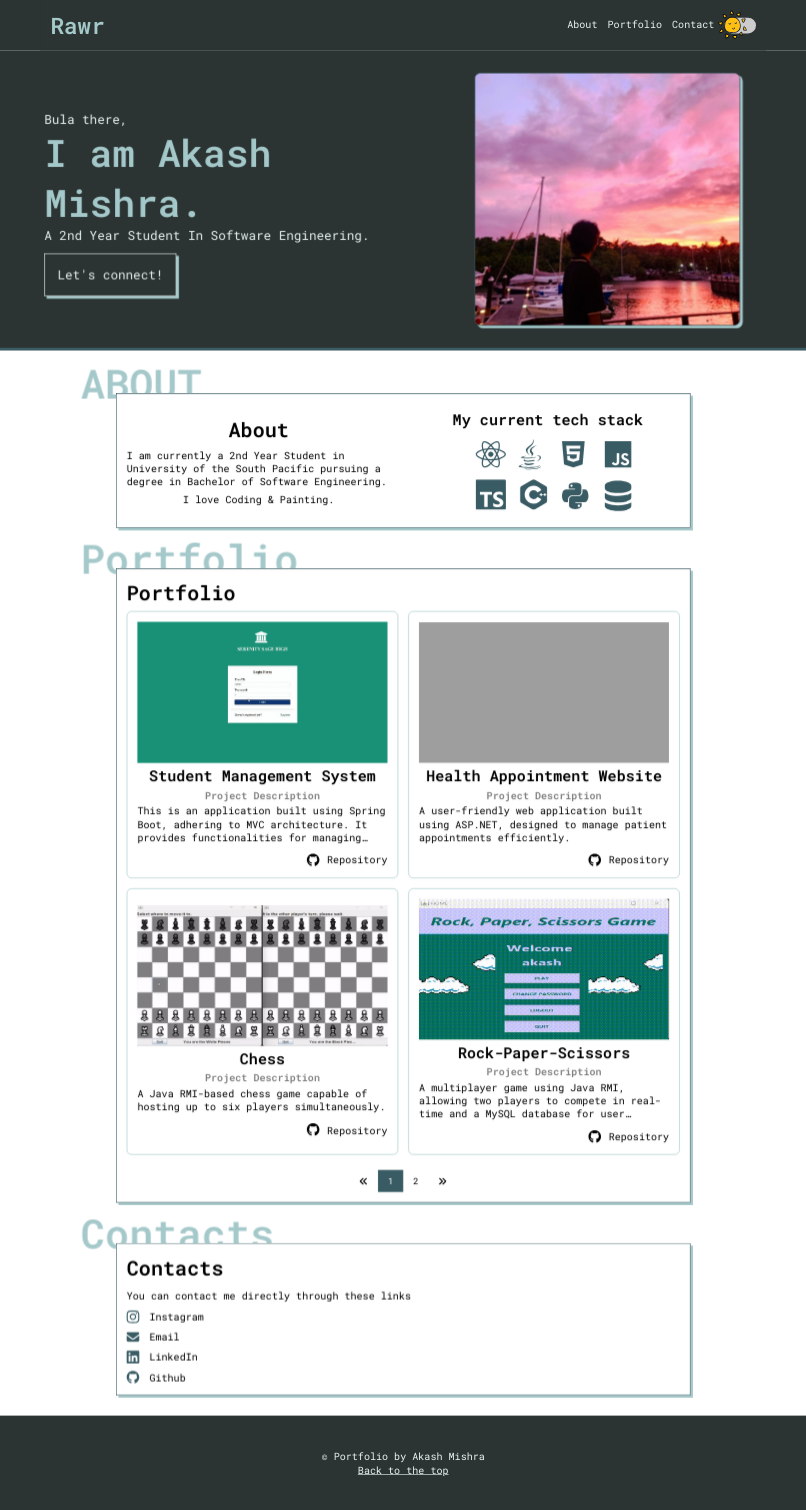
Repository: akashrawr/portfolio
Page: /
These files come from the project's save history. The page is drawn as it stood at one moment and after the next save; the edit follows.
The browser window is 1280 px wide. The pictures show the whole page, at 63% of full size.
Pictures or frames that could not be fetched are drawn as grey boxes. The project was rebuilt for these pictures with package versions that can differ from the ones it lists, and the page was loaded fresh each time.

Above is the page before, as saved 2024-12-12 19:34:16.

### public/index.html
<!DOCTYPE html>
<html lang="en">
  <head>
    <meta charset="utf-8" />
    <link rel="icon" href="%PUBLIC_URL%/favicon.ico" />
    <meta name="viewport" content="width=device-width, initial-scale=1" />
    <meta name="theme-color" content="#000000" />
    <meta
      name="description"
      content="Personal web Portfolio"
    />
    <link rel="apple-touch-icon" href="%PUBLIC_URL%/logo192.png" />
    <!--
      manifest.json provides metadata used when your web app is installed on a
      user's mobile device or desktop. See https://developers.google.com/web/fundamentals/web-app-manifest/
    -->
    <link rel="manifest" href="%PUBLIC_URL%/manifest.json" />
    <!--
      Notice the use of %PUBLIC_URL% in the tags above.
      It will be replaced with the URL of the `public` folder during the build.
      Only files inside the `public` folder can be referenced from the HTML.

      Unlike "/favicon.ico" or "favicon.ico", "%PUBLIC_URL%/favicon.ico" will
      work correctly both with client-side routing and a non-root public URL.
      Learn how to configure a non-root public URL by running `npm run build`.
    -->
    <title>akashrawr</title>
  </head>
  <body>
    <noscript>You need to enable JavaScript to run this app.</noscript>
    <div id="root"></div>
    <!--
      This HTML file is a template.
      If you open it directly in the browser, you will see an empty page.

      You can add webfonts, meta tags, or analytics to this file.
      The build step will place the bundled scripts into the <body> tag.

      To begin the development, run `npm start` or `yarn start`.
      To create a production bundle, use `npm run build` or `yarn build`.
    -->
  </body>
</html>

### src/App.js
import React, { useState, useEffect } from 'react';
import './App.css';
import AOS from 'aos';
import 'aos/dist/aos.css';

// Import components
import Header from './components/Header';
import Hero from './components/Hero';
import About from './components/About';
import Portfolio from './components/Portfolio';
import Contact from './components/Contact';
import Footer from './components/Footer';

function App() {
  useEffect(() => {
    AOS.init({ once: true, delay: 0 });
  }, []);

  const [isNavVisible, setIsNavVisible] = useState(false);
  const [darkMode, setDarkMode] = useState(false);

  const toggleNav = () => {
    setIsNavVisible(!isNavVisible);
  };

  const toggleDarkMode = () => {
    setDarkMode(!darkMode);
    document.body.classList.toggle('dark-mode', !darkMode);
  };

  return (
    <div>
      <Header
        isNavVisible={isNavVisible}
        toggleNav={toggleNav}
        darkMode={darkMode}
        toggleDarkMode={toggleDarkMode}
      />
      <main>
        <Hero />
        <About />
        <Portfolio />
        <Contact />
      </main>
      <Footer />
    </div>
  );
}

export default App;

### src/App.css
@import url("https://fonts.googleapis.com/css2?family=Roboto+Mono:wght@300;400;600&display=swap");

:root {
  --primary-color: #2c3333;
  --secondary-color: #395b64;
  --accent-1: #a5c9ca;
  --accent-2: #e7f6f2;
  --neutral-1: black;
  --neutral-2: white;
  --neutral-3: white;
  --neutral-4: black;
  --icon-1: #395b64;

  --dark-primary-color: #121212;
  --dark-secondary-color: #1f1f1f;
  --dark-accent-1: #6c757d;
  --dark-accent-2: #adb5bd;
  --dark-neutral-1: #ffffff;
  --dark-neutral-2: #121212;
  --dark-neutral-3:#1f1f1f;
  --dark-neutral-4: #938f8f;
  --dark-icon-1: #938f8f;

}

*,
*::after,
*::before {
  margin: 0;
  padding: 0;
  font-family: "Roboto Mono", monospace;
  box-sizing: border-box;


}

html {
  scroll-behavior: smooth;
}

body {
  overflow-x: hidden;
  background-color: var(--neutral-3);
  color: var(--neutral-1);
  font-family: "Roboto Mono", monospace;
}

body.dark-mode {
  --primary-color: var(--dark-primary-color);
  --secondary-color: var(--dark-secondary-color);
  --accent-1: var(--dark-accent-1);
  --accent-2: var(--dark-accent-2);
  --neutral-1: var(--dark-neutral-1);
  --neutral-2: var(--dark-neutral-2);
  --neutral-3: var(--dark-neutral-3);
  --neutral-4: var(--dark-neutral-4);
  --icon-1:var(--dark-icon-1);
}


/* Navbar styles */

header {
  display: flex;
  align-items: center;
  justify-content: center;

  max-width: 100vw;
  background-color: var(--primary-color);
}

a {
  font-size: 14px;
  text-decoration: none;
}

h1 {
  font-family: "Roboto Mono", monospace;
}

.navbar-nav {
  display: flex;
  align-items: center;
  justify-content: space-between;
  background-color: var(--primary-color);
  padding: 1rem;
  width: 90%;
}

.nav-logo {
  grid-column: 1;
}

.nav-logo > h1 {
  font-size: 30px;
  color: var(--accent-1);
}

.primary-nav {
  display: flex;
  list-style: none;
  gap: 16px;

  grid-column: 2;
  justify-self: end;
}

.mobile-nav-toggle {
  display: none;
  cursor: pointer;
}

.nav-link:link,
.nav-link:visited {
  font-size: 16px;
  color: var(--accent-2);

  transition: 300ms ease-in-out;
}

.nav-link:hover {
  font-weight: 600;
  color: var(--accent-1);
}


/* Dark mode toggle button */
.theme-toggle {
  background: none;
  border: none;
  cursor: pointer;
  padding: 8px;
  display: flex;
  align-items: center;
}

.nav-icons {
  --size: 30px;
  width: var(--size);
  aspect-ratio: 1;
  cursor: pointer;
}



@media only screen and (max-width: 35em) {
  .primary-nav {
    position: fixed;
    top: 0;
    right: 0;
    bottom: 0;
    width: 125px;

    flex-direction: column;
    padding: min(15vh, 3rem) 1rem;
    background-color: var(--primary-color);
    border-left: 2px solid rgb(111, 111, 111); /* Add this line for the left border */

    z-index: 9999;

    transform: translateX(100%);
    transition: transform 350ms ease-out;
  }


  .nav-link:link,
  .nav-link:visited {
    font-size: 15px;
    color: var(--accent-1);
  }

  .primary-nav[data-visible="true"] {
    transform: translateX(0%);
  }

  .mobile-nav-toggle[aria-expanded="true"] {
    background: url('data:[embedded picture, 416 characters]') center center no-repeat;
  }

  .mobile-nav-toggle {
    display: block;
    position: absolute;
    background: url('data:[embedded picture, 417 characters]') center center no-repeat;

    width: 1.25rem;
    aspect-ratio: 1;

    border: none;

    top: 1.4rem;
    right: 2.5rem;
    z-index: 10000;

    transition: 250ms ease-in-out;
  }
}

/* Section styles */

section {
  display: flex;
  align-items: center;
  justify-content: center;

  max-width: 100vw;
  position: relative;
}

/* HERO SECTION */
#hero {
  background-color: var(--primary-color);
  border-bottom: 4px solid var(--secondary-color);
  padding: 2.2rem;
}

/* Main container for text and image */
.hero-main-container {
  display: flex;
  flex-wrap: wrap;
  align-items: center;
  justify-content: space-between;
  gap: 16px;
}

/* Text Container */
.hero-container {
  flex: 1;
  display: flex;
  flex-direction: column;
  gap: 16px;
  padding: 2.2rem;
  width: 90%;
  height: 350px;
  animation: fade-in 500ms linear forwards;
}

.hero-text-container > h2 {
  font-size: 28px;
  color: var(--accent-1);
}

.hero-text-container > p {
  font-size: 12px;
  color: var(--accent-2);
}

.hero-button {
  align-self: flex-start;

  font-size: 14px;
  padding: 1em;

  color: var(--accent-2);
  background-color: transparent;

  border: 1px solid var(--accent-2);
  box-shadow: 4px 4px 0px var(--accent-1);

  transition: 300ms ease-in-out;
}

.hero-button:hover {
  background-color: var(--accent-2);
  color: var(--primary-color);
  box-shadow: 6px 6px 0px var(--secondary-color);
}

/* Image Container */
.hero-img {
  flex: 1;
  display: flex;
  justify-content: center;
  align-items: center;
}

.hero-image {
  max-width: 75%;
  height: auto;
  border-radius: 10px;
  box-shadow: 0 4px 8px rgba(0, 0, 0, 0.1);
  border: 1px solid var(--secondary-color);
  background-color: var(--neutral-2);

  width: 100%;


  box-shadow: 4px 4px 0px var(--accent-1);
}


/* Responsive Styles */
@media screen and (max-width: 768px) {
  .hero-main-container {
    flex-direction: column;
  }

  .hero-img {
    margin-top: 20px;
  }

  .hero-text-container {
    text-align: left;
  }
}
.hero-text-container > h2 {
  font-size: 20px;
  color: var(--accent-1);
}
.project-card > h3 {
  font-size: 12px;
  color: var(--secondary-color);
}

/* ABOUT */

#about {
  padding: 2rem;
  margin-top: 36px;
  animation: fade-in 500ms linear forwards;

}

.wave-asset {
  width: 100%;
  position: absolute;

  top: 0;
  left: 0;
}

.about-container {
  display: flex;
  align-items: center;
  justify-content: center;
  background-color: var(--neutral-2);
  width: 90%;
  z-index: 999;
}

.about-card,
.portfolio-card,
.contact-card {
  display: flex;
  flex-direction: column;
  gap: 16px;
  border: 1px solid var(--secondary-color);
  background-color: var(--neutral-2);

  width: 100%;
  padding: 1rem;

  box-shadow: 4px 4px 0px var(--accent-1);
}

.about-content,
.portfolio-content {
  width: 100%;
  display: flex;
  flex-direction: column;
  gap: 8px;
}

.about-content > h2,
.about-content > h3 {
  color: var(--neutral-4);
}

.about-content > p {
  font-size: 12px;
  color: var(--neutral-4);
}

.tech-stack-grid {
  width: 65%;
  display: grid;
  grid-template-columns: repeat(4, 1fr);
  place-items: center;
}

.tech-stack {
  --size: 30px;
  width: var(--size);
  aspect-ratio: 1;
}

/* Portfolio container */

#portfolio {
  padding: 2rem;
  animation: fade-in 500ms linear forwards;
}

.portfolio-container {
  width: 90%;
  z-index: 999;
}

.project-container {
  display: grid;
  grid-template-columns: repeat(2, 1fr);
  gap: 16px;
}

.portfolio-content > h2 {
  color: var(--neutral-4);
}

.project-card {
  display: flex;
  flex-direction: column;
  gap: 4px;

  padding: 1rem;
  border-radius: 8px;
  border: 1px solid var(--accent-1);
}

.project-card > h3 {
  color: var(--neutral-4);
}

.project-card > h5 {
  color: var(--neutral-4);
  opacity: 0.5;
}

.project-card > p {
  font-size: 12px;
  width: 100%;
  display: -webkit-box;
  -webkit-box-orient: vertical;
  -webkit-line-clamp: 3;
  overflow: hidden;
  color: var(--neutral-4);
}

.project-img {
  width: 100%;
  aspect-ratio: 16/9;
}

.project-card-links {
  align-self: flex-end;

  margin-top: 10px;
  display: flex;
  align-items: center;
  gap: 12px;
}

.project-icons {
  --size: 20px;
  width: var(--size);
  aspect-ratio: 1;
}

.project-card-links > a {
  display: flex;
  align-items: center;
  color: var(--neutral-4);
  font-size: 10px;
  gap: 4px;
}

.project-card-links > a:link,
.project-card-links > a:visited {

  color: var(--neutral-4);
}

.project-card-links > a:hover {
  font-weight: 600;
  color: var(--accent-1);
}

/* CONTACT */
#contact {
  padding: 2rem;
  animation: fade-in 500ms linear forwards;
}

.contact-container {
  width: 90%;
  z-index: 999;
}

.contact-card {
  width: 100%;
  gap: 12px;
}
.contact-card > h2 {
    color: var(--neutral-4);
}

.contact-card > p {
  font-size: 12px;
  color: var(--neutral-4);
}

.contact-links {
  display: flex;
  flex-direction: column;
  gap: 8px;
}

.contact-links > a {
  display: flex;
  align-items: center;
  gap: 8px;
}

.contact-links > a:link,
.contact-links > a:visited {
  color: var(--neutral-4);
}

.contact-links > a:hover {
  font-weight: 600;
  color: var(--accent-1);
}
.contact-icons {
  --size: 20px;
  width: var(--size);
  aspect-ratio: 1;
}

/* extras */
.section-highlight {
  font-size: 4rem;
  font-weight: 600;
  opacity: 0.5;
  color: var(--accent-1);

  position: absolute;
  top: 0;
  left: 100px;
}

/* footer */
footer {
  display: flex;
  align-items: center;
  justify-content: center;
  color: var(--accent-2);
  max-width: 100vw;
  background-color: var(--primary-color);
  min-height: 150px;
}

.footer-content {
  text-align: center;
  font-size: 12px;
  width: 90%;

  color: var(--accent-2);
}

.footer-content > a {
  text-decoration: underline;
}

.footer-content > a:link,
.footer-content > a:visited {
  color: var(--accent-2);
}

.footer-content > a:hover {
  color: var(--accent-1);
}
/* media queries */

@media only screen and (max-width: 35em) {
  .hero-container {
    padding: 1rem;
    height: 200px;
  }
  .project-container {
    grid-template-columns: 1fr;
  }
  .tech-stack-grid {
    width: 100%;
  }
  .section-highlight {
    font-size: 3.5rem;
    top: -16px;
    left: 6vw;
  }
}

@media only screen and (min-width: 35em) {
  .hero-container {
    height: 250px;
  }
  .about-container,
  .portfolio-container,
  .contact-container {
    width: 75%;
  }

  .about-card,
  .portfolio-card {
    align-items: center;
    justify-content: center;
    flex-direction: row;
    gap: 20px;
  }

  .section-highlight {
    top: -26px;
    left: 10vw;
  }
}

@media only screen and (min-width: 768px) {
  .nav-logo > h1 {
    font-size: 36px;
  }

  /* hero */
  .hero-container {
    height: 350px;
  }

  .hero-text-container > p {
    font-size: 20px;
  }

  .hero-text-container > h2 {
    font-size: 60px;
  }

  .hero-button {
    font-size: 20px;
  }

  /* about */
  .about-card {
    gap: 40px;
  }

  .about-content > h2 {
    font-size: 32px;
  }

  .about-content > h3 {
    font-size: 24px;
  }

  .about-content > p {
    font-size: 16px;
  }

  .tech-stack-section {
    align-self: flex-start;
    margin-top: 8px;
  }

  .tech-stack {
    --size: 40px;
    width: var(--size);
    aspect-ratio: 1;
  }

  /* portfolio */
  .portfolio-content > h2 {
    font-size: 32px;
  }

  .project-card > h3 {
    font-size: 24px;
  }

  .project-card > h5,
  .project-card > p {
    font-size: 16px;
  }

  .project-card-links > a {
    font-size: 16px;
  }

  /* contacts */
  .contact-card > h2 {
    font-size: 32px;
  }

  .contact-card > p {
    font-size: 16px;
  }

  .contact-links > a {
    font-size: 16px;
  }
  .footer-content,
  .footer-content > a {
    font-size: 16px;
  }
}

@media only screen and (min-width: 1024px) {
  .section-highlight {
    top: -26px;
    left: 10vw;
  }
}

@keyframes fade-in {
  0% {
    opacity: 0;
  }
  100% {
    opacity: 1;
  }
}

/* Adjust specific sections as needed for React-specific behaviors */
.primary-nav.visible {
  transform: translateX(0%);
}

/* The switch - the box around the slider */
.switch {
  position: relative;
  display: inline-block;
  width: 50px;
  height: 25px;
}

/* Hide default HTML checkbox */
.switch input {
  opacity: 0;
  width: 0;
  height: 0;
}

/* The slider */
.slider {
  position: absolute;
  cursor: pointer;
  top: 0;
  left: 0;
  right: 0;
  bottom: 0;
  background-color: #ccc;
  -webkit-transition: .4s;
  transition: .4s;
  border-radius: 25px; /* Rounded edges for the slider */
  display: flex;

  align-items: center;
}

/* Adjust the icon size to 48x48 pixels */
.slider .icon {
  position: absolute;
  width: 48px;
  height: 48px;
  transition: .4s;
}

/* When the input is checked (dark mode is on) */
input:checked + .slider {
  background-color: #3e4346; /* Change background color on check */
}

input:focus + .slider {
  box-shadow: 0 0 1px #2196F3;
}

/* Move the icons when the input is checked (dark mode) */
input:checked + .slider .icon {
  transform: translateX(20px); /* Move the icon to the right */
}

/* Default state (light mode) */
input:not(:checked) + .slider .icon {
  transform: translateX(-15px) translateY(-2px); /* Icon remains in the default position */
  width: 52px; /* Further reduced icon size for very small screens */
  height: 52px; /* Further reduced icon size for very small screens */
}

.about-icon {
  color: var(--icon-1); /* Change to any shade of blue you prefer */
  font-size: 3rem; /* Adjust size as needed */
  margin: 0.5rem;
}

.project-icons {
  margin-right: 0.5rem; /* Space between icon and text */
  font-size: 1.5rem; /* Adjust icon size */
  color: inherit; /* Match the color of the link */
}

.contact-icons {
  margin-right: 0.5rem; /* Space between icon and text */
  font-size: 1.5rem; /* Adjust icon size */
  color: var(--icon-1);
}

/* Responsive Adjustments */
@media (max-width: 768px) {
  .about-icon {
    font-size: 2.5rem; /* Slightly smaller on smaller devices */
    margin: 0.4rem;
  }

  .project-icons {
    font-size: 1.2rem; /* Smaller icon size on smaller screens */
    margin-right: 0.4rem;
  }

  .contact-icons {
    font-size: 1.2rem; /* Smaller icon size on smaller screens */
    margin-right: 0.4rem;
  }
}

@media (max-width: 480px) {
  .about-icon {
    font-size: 2rem; /* Even smaller on very small devices */
    margin: 0.3rem;
  }

  .project-icons {
    font-size: 1rem; /* Further reduced icon size for very small screens */
    margin-right: 0.3rem;
  }

  .contact-icons {
    font-size: 1rem; /* Further reduced icon size for very small screens */
    margin-right: 0.3rem;
  }
}

.pagination {
  display: flex;
  justify-content: center;
  align-items: center;
  margin-top: 1rem;
}

.pagination a {
  color: var(--neutral-4);
  padding: 8px 16px;
  text-decoration: none;
}

.pagination a.active {
  background-color: #395b64;
  color: white;
}

.pagination a:disabled {
  color: grey;
  pointer-events: none;
}

/* Responsive Adjustments */
@media (max-width: 768px) {
  .pagination a {
    padding: 6px 12px; /* Smaller padding for smaller screens */
    font-size: 0.9rem; /* Slightly smaller font size */
  }

  .pagination {
    margin-top: 0.75rem; /* Adjust margin top for smaller screens */
  }
}

@media (max-width: 480px) {
  .pagination a {
    padding: 4px 8px; /* Even smaller padding for very small screens */
    font-size: 0.8rem; /* Smaller font size for very small screens */
  }

  .pagination {
    margin-top: 0.5rem; /* Adjust margin top for very small screens */
  }
}

### src/components/Header.js
import React from 'react';
import { FontAwesomeIcon } from '@fortawesome/react-fontawesome';

function Header({ isNavVisible, toggleNav, darkMode, toggleDarkMode }) {
  return (
    <header>
      <nav className="navbar-nav">
        <div className="nav-logo">
          <h1>Rawr</h1>
        </div>

        <button
          className="mobile-nav-toggle"
          aria-controls="primary-nav"
          aria-expanded={isNavVisible}
          onClick={toggleNav}
        >
          <FontAwesomeIcon icon="fa-solid fa-angles-left" />
        </button>

        <ul
          id="primary-nav"
          className={`primary-nav ${isNavVisible ? 'visible' : ''}`}
          data-visible={isNavVisible}
        >
          <li>
            <a className="nav-link" href="#about" onClick={toggleNav}>About</a>
          </li>
          <li>
            <a className="nav-link" href="#portfolio" onClick={toggleNav}>Portfolio</a>
          </li>
          <li>
            <a className="nav-link" href="#contact" onClick={toggleNav}>Contact</a>
          </li>
          <li>
            <label className="switch" aria-label="Toggle dark mode">
              <input
                type="checkbox"
                checked={darkMode}
                onChange={toggleDarkMode}
                aria-checked={darkMode}
              />
              <span className="slider round">
                {!darkMode ? (
                  <img className="icon" src="./assets/icons/sun.svg" alt="Light Mode" />
                ) : (
                  <img className="icon" src="./assets/icons/moon.svg" alt="Dark Mode" />
                )}
              </span>
            </label>
          </li>
        </ul>
      </nav>
    </header>
  );
}

export default Header;

### src/components/Hero.js
import React from 'react';

function Hero() {
  return (
    <section id="hero">
      <div className="hero-main-container">
        {/* Text and Button Container */}
        <div className="hero-container">
          <div className="hero-text-container" data-aos="fade-up">
            <p>Bula there,</p>
            <h2>I am Akash Mishra.</h2>
            <p>A 2nd Year Student In Software Engineering.</p>
          </div>
          <a href="#contact" className="hero-button" data-aos="fade-up">
            Let's connect!
          </a>
        </div>

        {/* Image Container */}
        <div className="hero-img" data-aos="fade-up">
          <img className="hero-image" src="./assets/images/akash.jpg" alt="akash" />
        </div>
      </div>
    </section>
  );
}

export default Hero;

### src/components/Contact.js
import React from 'react';
import { FontAwesomeIcon } from '@fortawesome/react-fontawesome';
import {
  faInstagram,
  faGithub,
  faLinkedin
} from '@fortawesome/free-brands-svg-icons';
import {
  faEnvelope
} from '@fortawesome/free-solid-svg-icons';

function Contact() {
  return (
    <section id="contact">
      <h2 className="section-highlight" data-aos="fade-up">Contacts</h2>
      <div className="contact-container" data-aos="fade-up">
        <div className="contact-card">
          <h2>Contacts</h2>
          <p>You can contact me directly through these links</p>

          <div className="contact-links">
            <a href="https://www.instagram.com/_acnologxa" className="contact-link">
              <FontAwesomeIcon icon={faInstagram} className="contact-icons" />
              Instagram
            </a>

            <a href="mailto:akashkm553@gmail.com" className="contact-link">
              <FontAwesomeIcon icon={faEnvelope} className="contact-icons" />
              Email
            </a>

            <a href="https://www.linkedin.com/in/akashmishra-rawr" className="contact-link">
              <FontAwesomeIcon icon={faLinkedin} className="contact-icons" />
              LinkedIn
            </a>

            <a href="https://github.com/akashrawr" className="contact-link">
              <FontAwesomeIcon icon={faGithub} className="contact-icons" />
              Github
            </a>
          </div>
        </div>
      </div>
    </section>
  );
}

export default Contact;

### src/components/Footer.js
import React from 'react';

function Footer() {
  return (
    <footer>
      <div className="footer-content">
        © Portfolio by Akash Mishra <br/>
        <a href="#hero">Back to the top</a>
      </div>
    </footer>
  );
}

export default Footer;

Loaded but not shown: src/index.js (common file); src/index.css (common file); src/reportWebVitals.js (common file); src/components/Portfolio.js (95 lines, source omitted); src/data/projects.js (61 lines, source omitted); src/components/About.js (54 lines, source omitted)

After the next save:
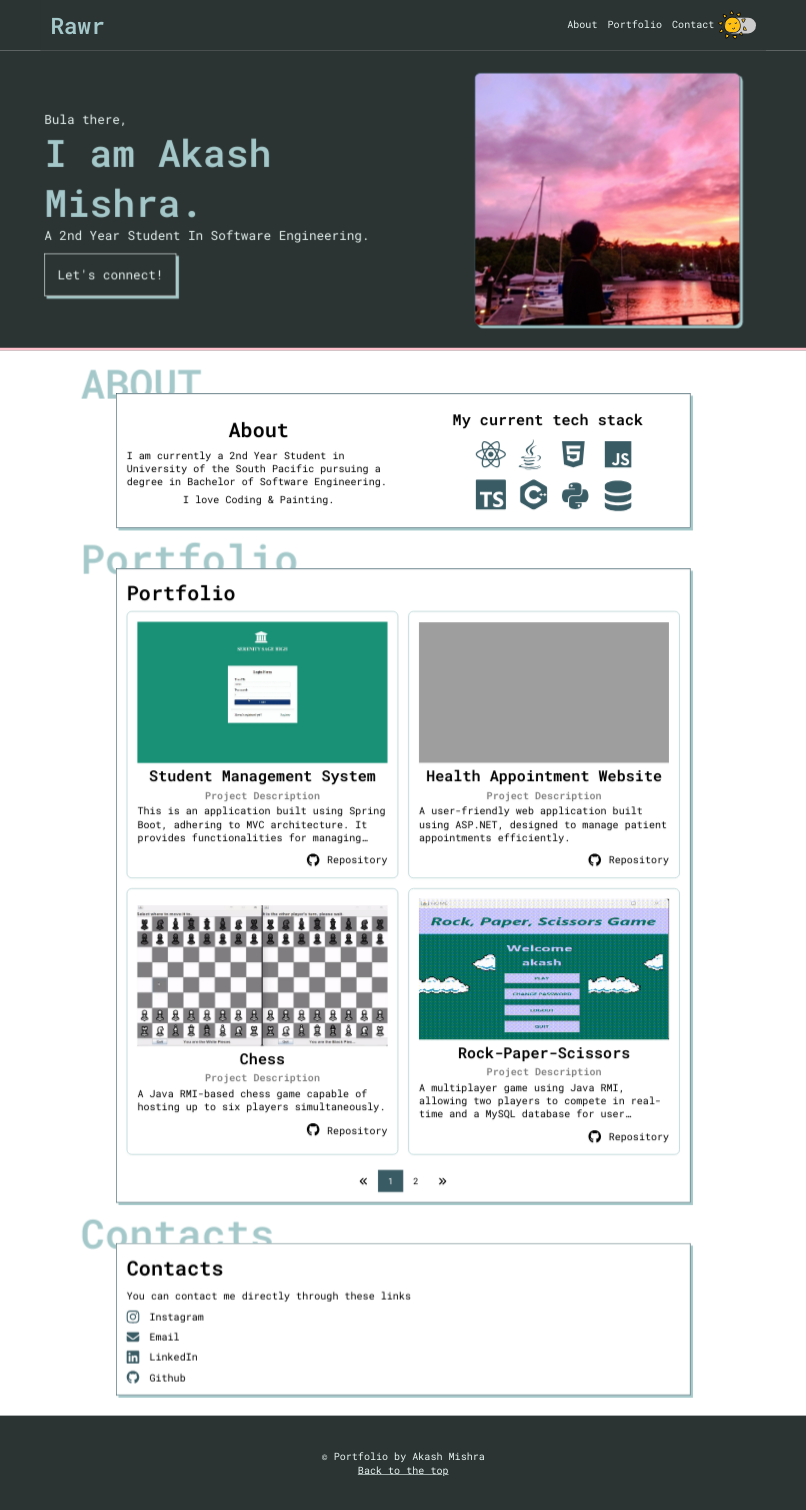
Saved 32 s later.
--- a/src/App.css
+++ b/src/App.css
@@ -209,7 +209,7 @@ section {
 /* HERO SECTION */
 #hero {
   background-color: var(--primary-color);
-  border-bottom: 4px solid var(--secondary-color);
+  border-bottom: 4px solid pink;
   padding: 2.2rem;
 }
 
